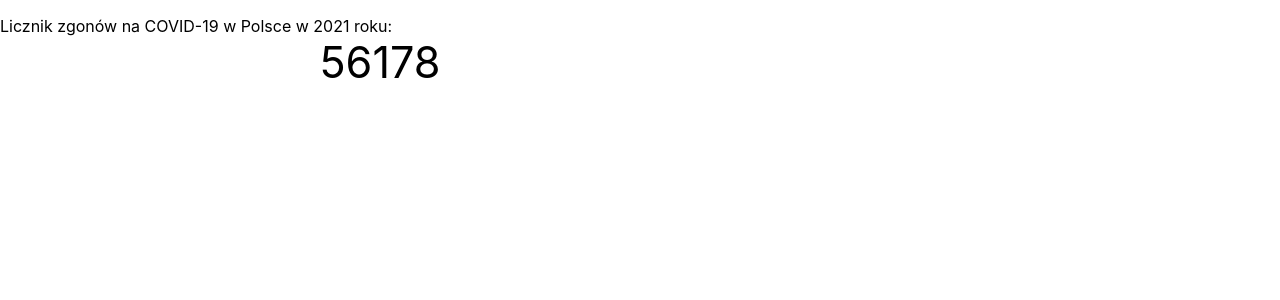
Repository: michalgornicki/poland-covid
Page: /
These files come from the project's save history. The page is drawn as it stood at one moment and after a run of saves; the edit follows.
The browser window is 1280 px wide. The pictures show the whole page.
The project was rebuilt for these pictures with package versions that can differ from the ones it lists, and the page was loaded fresh each time.

Above is the page before, as saved 2021-12-04 19:07:20.

After the next 3 saves:
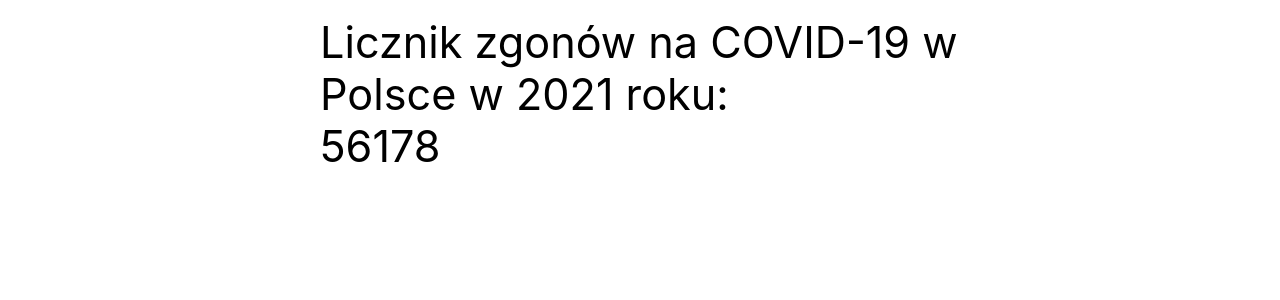
The 3 saves are shown as one change because they came seconds apart.
The last was saved 8 s later.
--- a/src/App.css
+++ b/src/App.css
@@ -1,3 +1,10 @@
+.header{
+    font-size: 6vmin;
+    display: block;
+    margin: auto;
+    width: 50%;
+}
+
 .counter{
     font-size: 6vmin;
     display: block;
